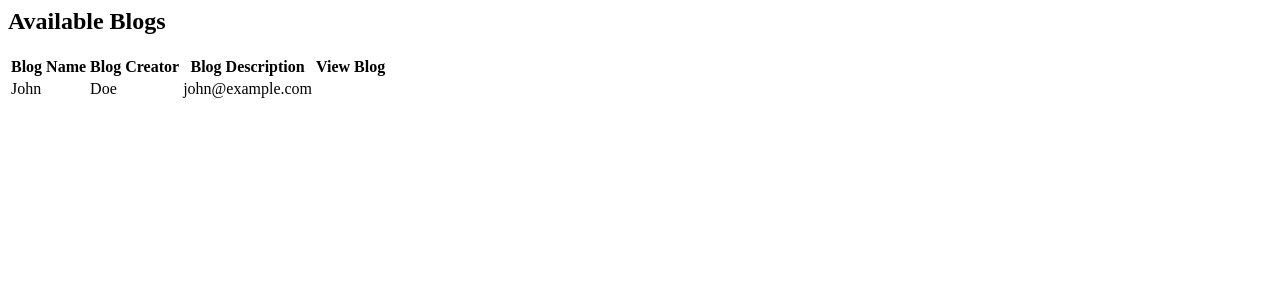
Repository: JamesArul/CLBSiteSTMT
Page: StudentsMeetFrontEnd/WebContent/Blog/BlogViewAll.html
These files come from the project's save history. The page is drawn as it stood at one moment and after the next save; the edit follows.
The browser window is 1280 px wide. The pictures show the whole page.

Above is the page before, as saved 2017-06-01 06:35:19.

### StudentsMeetFrontEnd/WebContent/Blog/BlogViewAll.html
<div ng-controller="BlogController as btrl">
<div class="container">
  <h2>Available Blogs</h2>
  <table class="table table-hover table-bordered">
    <thead>
      <tr>
        <th>Blog Name</th>
        <th>Blog Creator</th>
        <th>Blog Description</th>
        <th>View Blog</th>
      </tr>
    </thead>
    <div ng-repeat="x in btrl.blogs">
    <tbody>
      <tr>
        <td>John</td>
        <td>Doe</td>
        <td>john@example.com</td>
      </tr>
    </tbody>
    </div>
  </table>
</div>
</div>

After the next save:
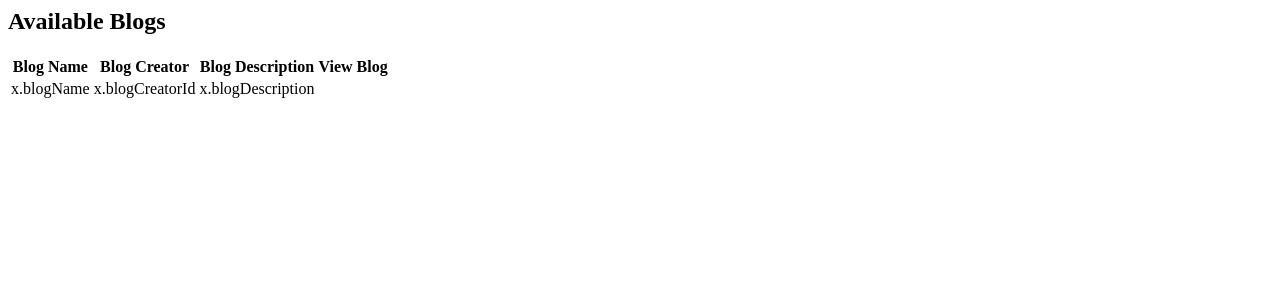
Saved 44 s later.
--- a/StudentsMeetFrontEnd/WebContent/Blog/BlogViewAll.html
+++ b/StudentsMeetFrontEnd/WebContent/Blog/BlogViewAll.html
@@ -13,9 +13,9 @@
     <div ng-repeat="x in btrl.blogs">
     <tbody>
       <tr>
-        <td>John</td>
-        <td>Doe</td>
-        <td>john@example.com</td>
+        <td>x.blogName</td>
+        <td>x.blogCreatorId</td>
+        <td>x.blogDescription</td>
       </tr>
     </tbody>
     </div>
